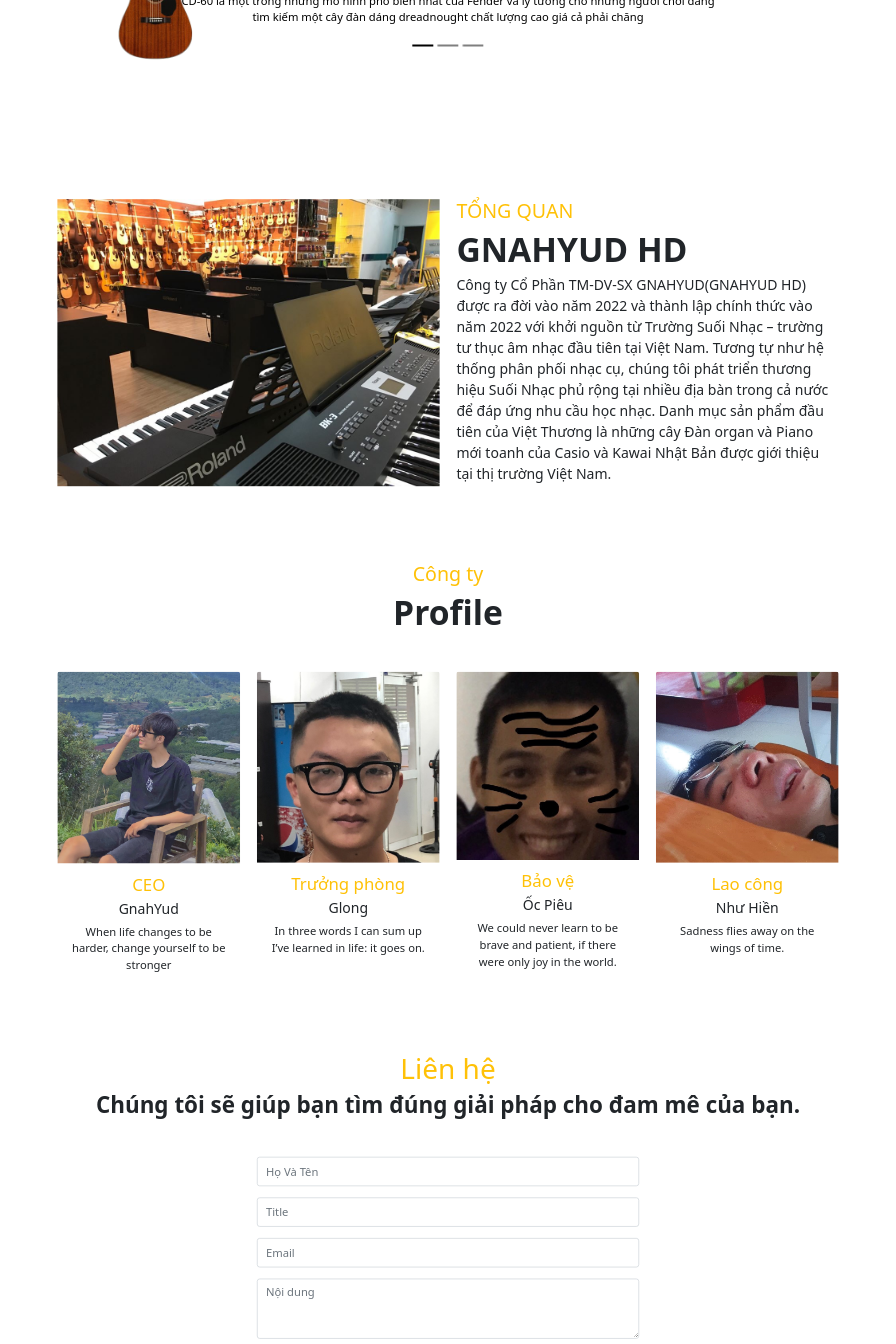
Repository: HoangDuy315/guitar
Page: index.html
An editor plug-in stored every save of this project. The page is shown before and after the next save, followed by the edit.
The browser window is 1280 px wide. The pictures show the part of the page from y = 2432 to 4352 px (the page is 4970 px tall before and 4938 px after), at 70% of full size.
Some web libraries are served in a nearby version.

Above is the page before, as saved 2022-09-17 20:16:51.

After the next save:
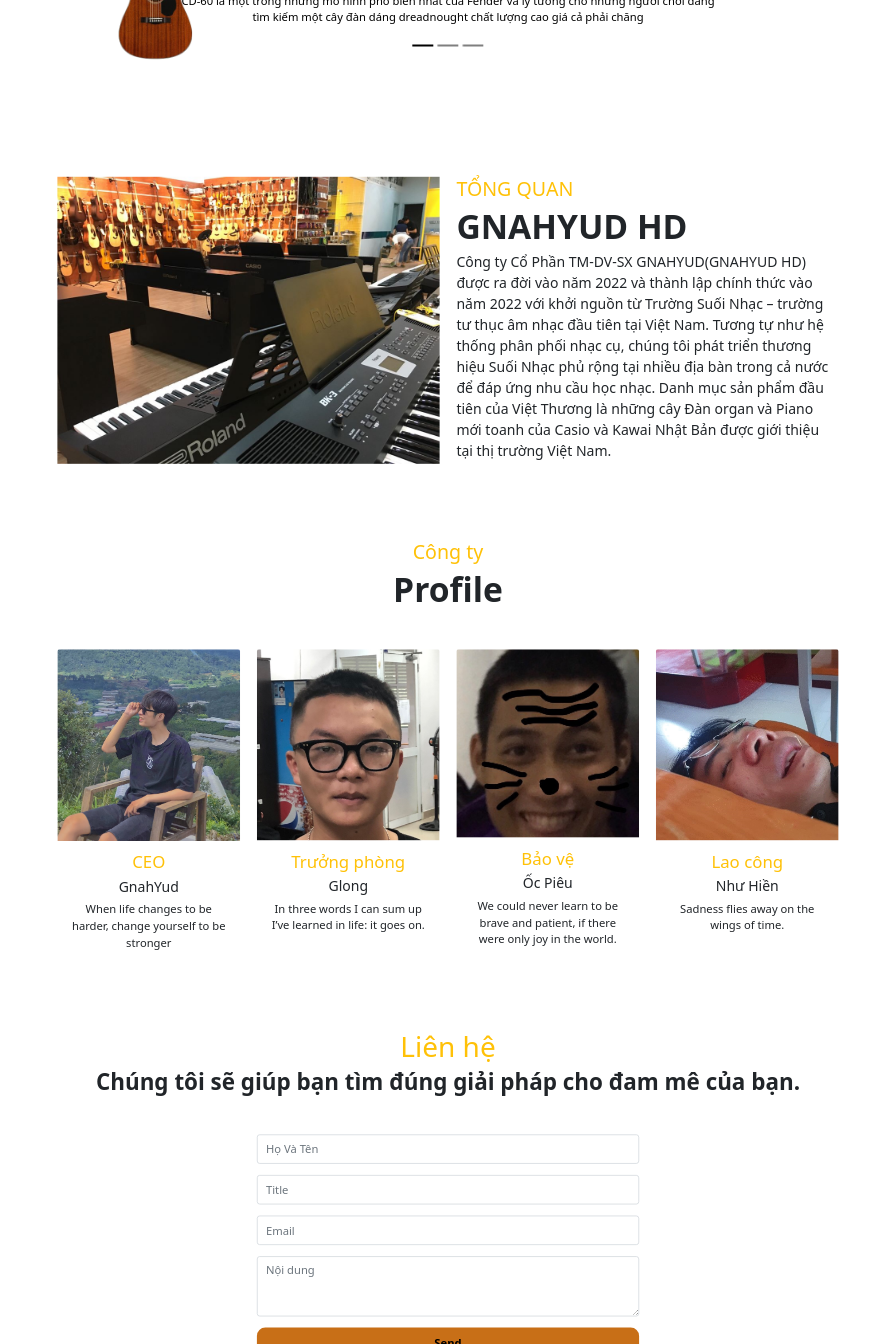
Saved 19 s later.
--- a/index.html
+++ b/index.html
@@ -199,7 +199,7 @@
      <!-- Carousel -->
      <section id="menu">
       <div class="container my-5 py-5">
-          <div class="row mb-5">
+          <div class="row mb-3">
               <div class="col-12 text-center">
                 <div id="carouselExampleDark" class="carousel carousel-dark slide" data-bs-ride="carousel">
                       <div class="carousel-indicators">
